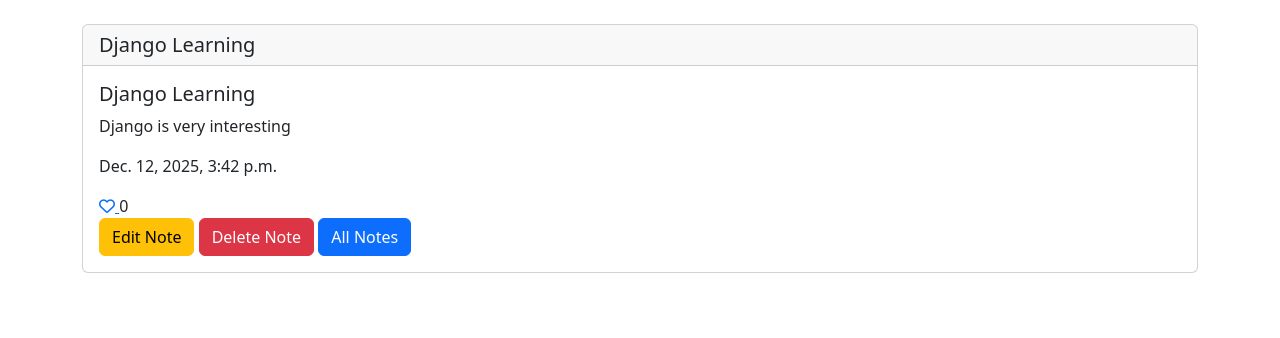
Repository: Mbote-Joseph/Django-Recap
Page: http://localhost/notes/1
These files come from the project's save history. The page is drawn as it stood at one moment and after the next save; the edit follows.
The browser window is 1280 px wide. The pictures show the whole page.
Some web libraries are served in a nearby version. The page is served by the project's application, run on Django 5.2 (manage.py). The page reads the database file committed with the project.

Above is the page before, as saved 2025-12-14 01:01:55.

After the next save:
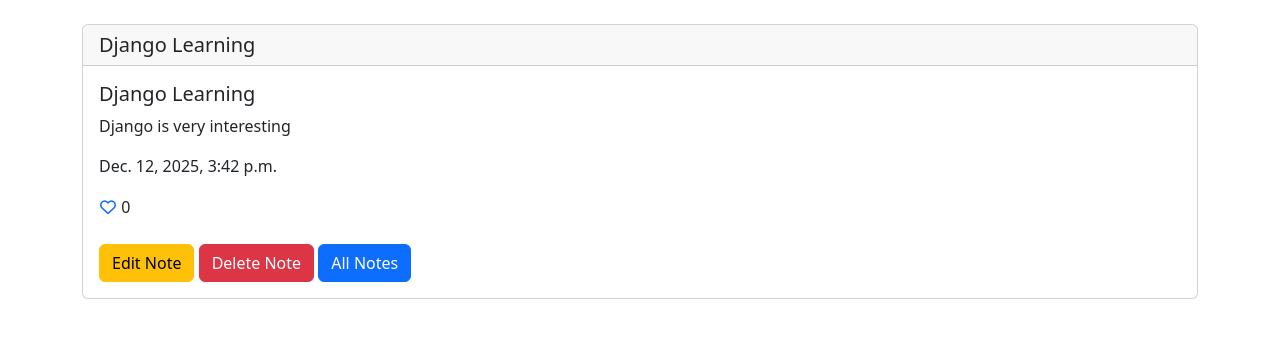
Saved 43 s later.
--- a/smartnotes/notes/templates/notes/note_detail.html
+++ b/smartnotes/notes/templates/notes/note_detail.html
@@ -8,7 +8,11 @@
                     <h5 class="card-title">{{note.title}} </h5>
                     <p class="card-text">{{note.text}} </p>
                     <p class="card-text">{{note.created}} </p>
-                    <a href="{% url 'note.add_like' pk=note.id %}" > <i class="fa-regular fa-heart"></i>  </a> <span class="card-text">{{note.likes}} </span>
+                    <form method="post" action="{% url 'note.add_like' pk=note.id %}">
+                        {% csrf_token %}
+                        <button type="submit" class="btn btn-link p-0 m-0 align-baseline"> <i class="fa-regular fa-heart"></i> </button> <span class="card-text">{{note.likes}} </span>
+                    </form>
+                    {% comment %} <a href="{% url 'note.add_like' pk=note.id %}" > <i class="fa-regular fa-heart"></i>  </a> <span class="card-text">{{note.likes}} </span> {% endcomment %}
                     <br>
                     <a href="{% url 'note.edit' pk=note.id %}" class="btn btn-warning">Edit Note</a>
                     <a href="{% url 'note.delete' pk=note.id %}" class="btn btn-danger">Delete Note</a>
